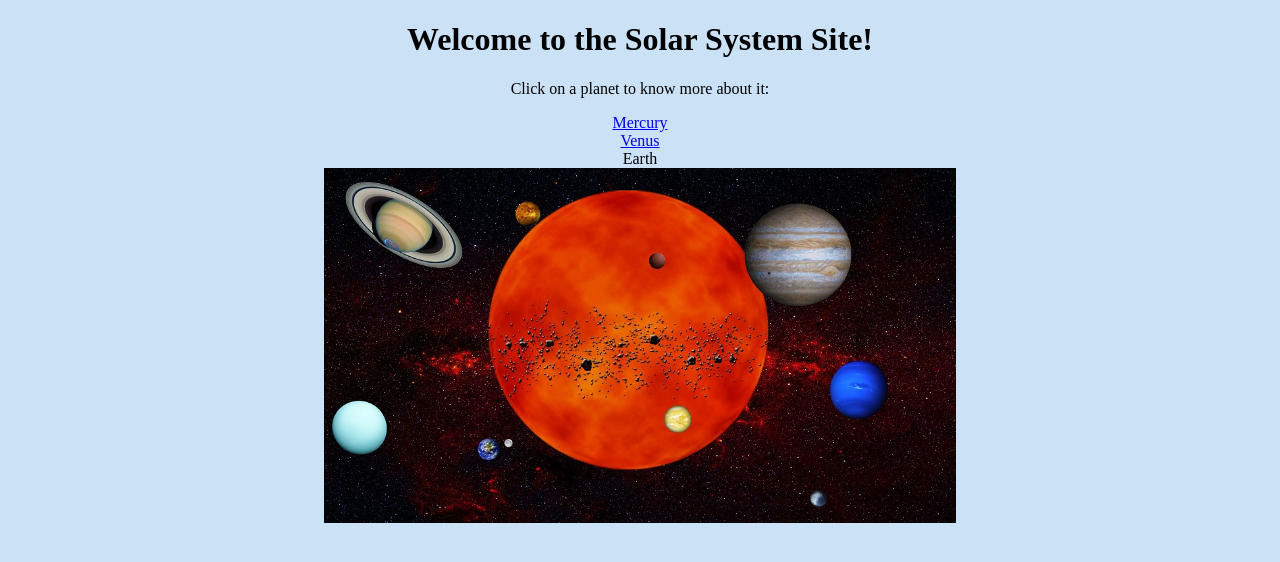
Repository: Voraphi/cst336-solar-systems
Page: http://localhost/
The author's editor kept a record of every edit. The page is drawn from the files as they stood at one moment, then again after the next edit.
The browser window is 1280 px wide. The pictures show the whole page.
The page is served by the project's Node server (solar-systems/app.js).

Above is the page before.

### solar-systems/views/index.html
<!DOCTYPE html>
<html>
    <head>
        <title> The Solar System </title>
        <link rel="stylesheet" href="/css/styles.css" type="text/css" />
    </head>
    <body>
        <h1> Welcome to the Solar System Site! </h1>
        <p>Click on a planet to know more about it:</p>

            <a href="/mercury"> Mercury </a> <br/>
            <a href="/venus"> Venus </a> <br/>
            Earth <br/>

        <img width="50%" src="/img/solar-system.jpg" alt="The Solar System" />
    </body>
</html>

### solar-systems/app.js
const express = require("express");
const app = express();

app.engine('html', require("ejs").renderFile);
app.use(express.static("public"));
// app.set("view engine", "html");

//routes
app.get("/", function (request, response) {
    response.render("index.html");
});

app.get("/mercury", function(request, response) {
   response.render("mercury.html");
});

app.get("/venus", function(request, response) {
   response.render("venus.html");
});

app.get("/earth", function(request, response) {
   response.render("earth.html");
});

app.get("*", function(request, response) {
   response.render("error.html");
});



app.listen(process.env.PORT, process.env.IP, function() {
    console.log("Express Server is Running...");
});

### solar-systems/public/css/styles.css
body {
    background-color: #CBE2F6;
    text-align: center;
}

.error {
    color: red;
}

### solar-systems/views/partials/header.ejs
<!DOCTYPE html>
<html>
    <head>
        <title> The Solar System </title>
        <link rel="stylesheet" href="/css/styles.css" type="text/css" />
        <link href="https://stackpath.bootstrapcdn.com/bootstrap/4.4.0/css/bootstrap.min.css" rel="stylesheet" integrity="sha384-SI27wrMjH3ZZ89r4o+fGIJtnzkAnFs3E4qz9DIYioCQ5l9Rd/7UAa8DHcaL8jkWt" crossorigin="anonymous">
    </head>
    <body class="container">

After the next edit:
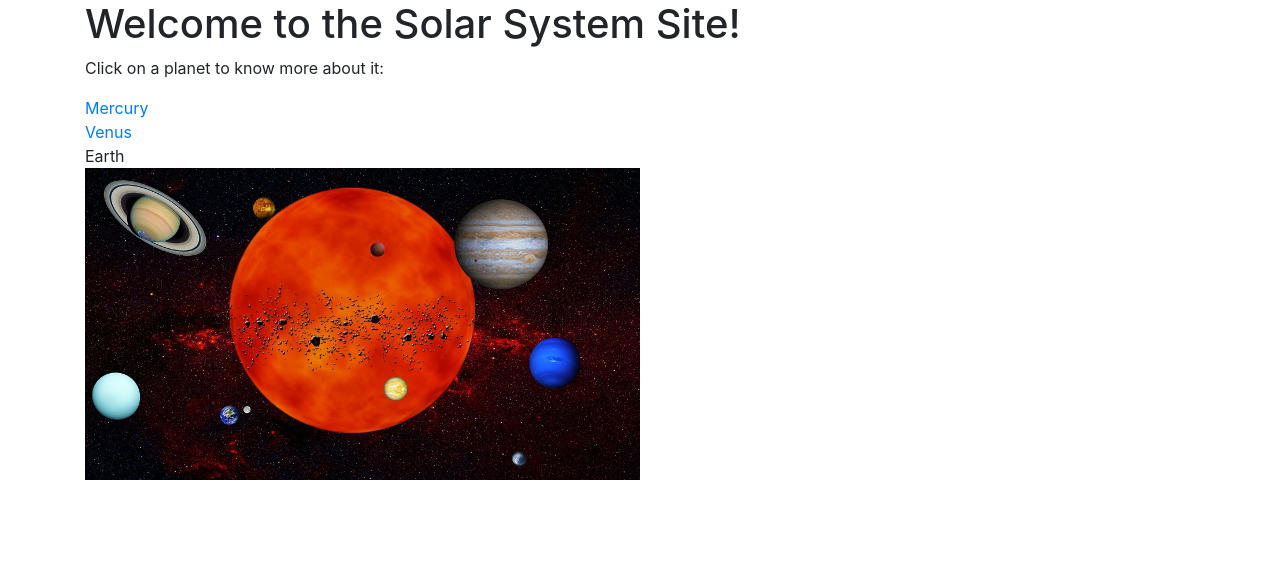
The edit:
--- a/solar-systems/views/index.html
+++ b/solar-systems/views/index.html
@@ -1,10 +1,5 @@
-<!DOCTYPE html>
-<html>
-    <head>
-        <title> The Solar System </title>
-        <link rel="stylesheet" href="/css/styles.css" type="text/css" />
-    </head>
-    <body>
+<%- include('partials/header.ejs') %>
+
         <h1> Welcome to the Solar System Site! </h1>
         <p>Click on a planet to know more about it:</p>
 
